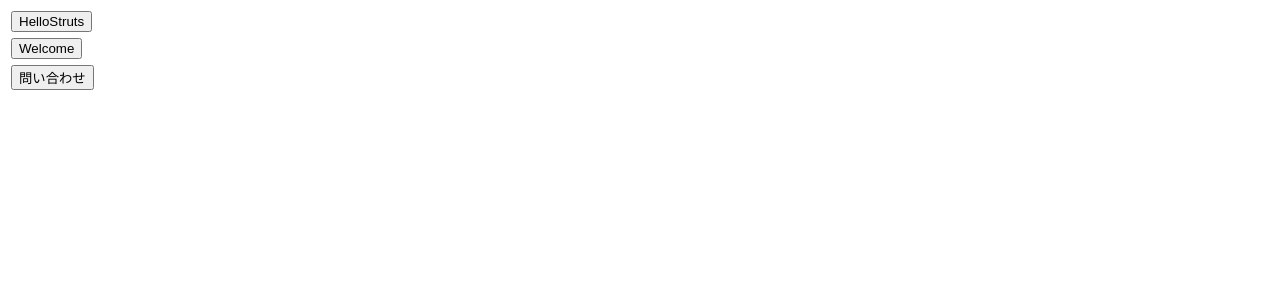
Repository: Kazuho-Komagamine/test
Page: http://localhost/WebProj5/
The author's editor kept a copy of each file at every save. The page is drawn from the files as they stood at one save, then again after the next save.
The browser window is 1280 px wide. The pictures show the whole page.
The page is served by Tomcat 9. Other server files are loaded and not shown.

Above is the page before, as saved 2018-07-02 04:44:40.

### WebProj5/WebContent/index.jsp
<%@ page language="java" contentType="text/html; charset=UTF-8"
    pageEncoding="UTF-8"%>
<%@ taglib prefix="s" uri="/struts-tags" %>
<!DOCTYPE html>
<html>
<head>
<meta charset="UTF-8">
<title>INDEX</title>
</head>
<body>
    <s:form action="HelloStrutsAction">
        <s:submit value="HelloStruts"/>
    </s:form>

    <s:form action="WelcomeAction">
        <s:submit value="Welcome"/>
    </s:form>

    <s:form action="InquiryAction">
        <s:submit value="問い合わせ"/>
    </s:form>

</body>
</html>

After the next save:
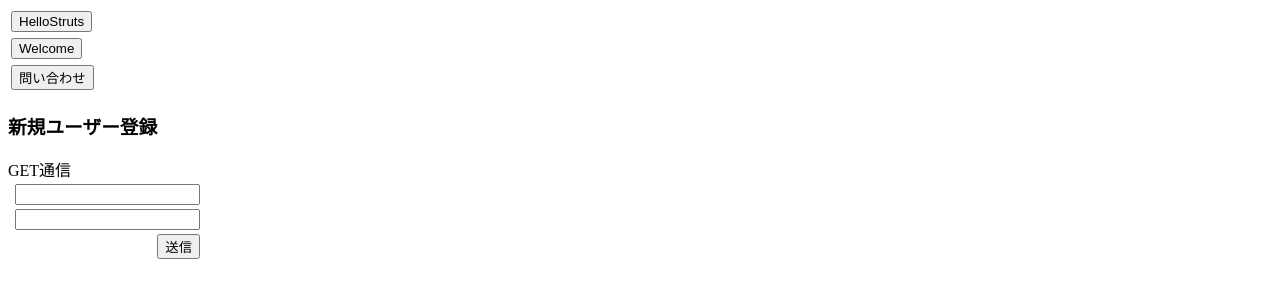
Saved 16 min 30 s later.
--- a/WebProj5/WebContent/index.jsp
+++ b/WebProj5/WebContent/index.jsp
@@ -20,5 +20,14 @@
         <s:submit value="問い合わせ"/>
     </s:form>
 
+    <h3>新規ユーザー登録</h3>
+    GET通信
+    <s:form method="get" action="TestAction">
+    <s:textfield name="username"/>
+    <s:password name="password"/>
+    <s:submit value="送信"/>
+
+    </s:form>
+
 </body>
 </html>
